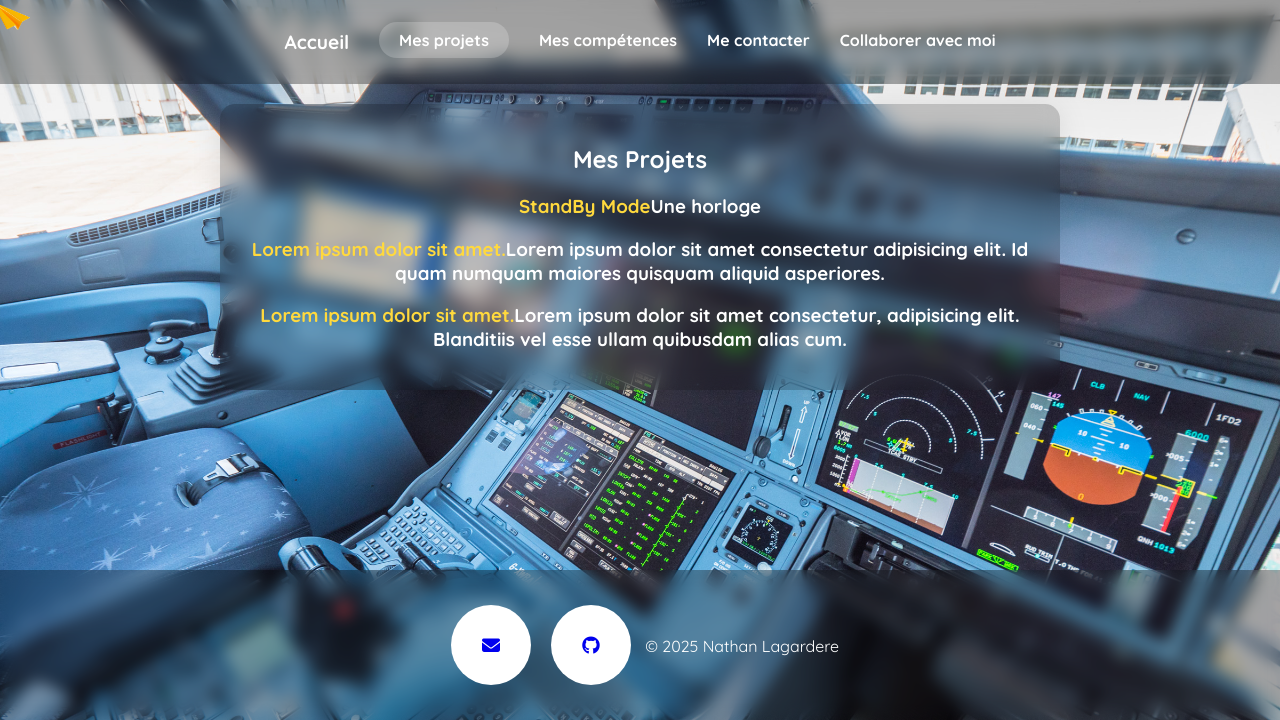
Repository: nlagardere/myportfolio
Page: projects.html
These files come from the project's save history. The page is drawn as it stood at one moment and after a run of saves; the edit follows.
The browser window is 1280 px wide. The pictures show the whole page.

Above is the page before, as saved 2025-09-07 12:00:51.

### projects.html
<!DOCTYPE html>
<html lang="fr">
<head>
  <meta charset="UTF-8">
  <meta name="viewport" content="width=device-width, initial-scale=1.0">
  <title>Portfolio</title>

  <link href="https://fonts.googleapis.com/css2?family=Exo+2:wght@400;700&family=Quicksand:wght@400;700&display=swap" rel="stylesheet">
  <link rel="stylesheet" href="https://cdnjs.cloudflare.com/ajax/libs/font-awesome/6.5.0/css/all.min.css">

  <style>
    html{
      scroll-behavior: smooth;
      cursor: none;
    }

    body {
      font-family: 'Quicksand', sans-serif;
      margin: 0;
      padding: 0;
      min-height: 100vh;
      display: flex;
      flex-direction: column;
      background: url('a350.jpg') no-repeat center center;
      background-size: cover;
      color: #fff;

    }

    header {
      text-align: center;
      padding: 30px 20px;
      background: rgba(0,0,0,0.3);
      backdrop-filter: blur(8px);
    }

    .glasscard, .competences {
      background: rgba(0, 0, 0, 0.2);
      border-radius: 15px;
      padding: 20px;
      margin: 20px auto;
      max-width: 800px;
      backdrop-filter: blur(10px);
      box-shadow: 0 4px 30px rgba(0,0,0,0.1);
      text-align: center;
      animation: zoomPop 1s ease forwards;
      color: white;
    }

    .highlight {
      color: #FFD93D;
      font-weight: bold;
    }

    @keyframes zoomPop {
      0% { opacity: 0; transform: scale(0.1) translateZ(-800px); }
      60% { opacity: 1; transform: scale(1.2) translateZ(50px); }
      80% { transform: scale(0.95) translateZ(0); }
      100% { opacity: 1; transform: scale(1) translateZ(0); }
    }

    .wrapper {
      display: inline-flex;
      justify-content: center;
      list-style: none;
      padding: 20px 0;
      margin: 0 auto;
    }

    .wrapper .icon {
      position: relative;
      background: #ffffff;
      border-radius: 50%;
      padding: 15px;
      margin: 0 10px;
      width: 50px;
      height: 50px;
      font-size: 18px;
      display: flex;
      justify-content: center;
      align-items: center;
      cursor: pointer;
      transition: all 0.2s cubic-bezier(0.68, -0.55, 0.265, 1.55);
    }

    .wrapper .tooltip {
      position: absolute;
      bottom: 100%;
      left: 50%;
      transform: translateX(-50%) translateY(-10px);
      font-size: 14px;
      background: #333;
      color: #fff;
      padding: 5px 8px;
      border-radius: 5px;
      opacity: 0;
      pointer-events: none;
      white-space: nowrap;
      transition: all 0.3s cubic-bezier(0.68, -0.55, 0.265, 1.55);
      z-index: 10;
    }

    .wrapper .tooltip::before {
      content: "";
      position: absolute;
      top: 100%;
      left: 50%;
      transform: translateX(-50%) rotate(45deg);
      width: 8px;
      height: 8px;
      background: #333;
    }

    .wrapper .icon:hover .tooltip {
      opacity: 1;
      pointer-events: auto;
      transform: translateX(-50%) translateY(-15px);
    }

    .wrapper .mail:hover,
    .wrapper .mail:hover .tooltip,
    .wrapper .mail:hover .tooltip::before {
      background: #00CED1;
      color: #fff;
    }

    .wrapper .github:hover,
    .wrapper .github:hover .tooltip,
    .wrapper .github:hover .tooltip::before {
      background: #333333;
      color: #fff;
    }

    .footer{
      text-align: center;
      padding: 15px 20px;
      background: rgba(0,0,0,0.3);
      backdrop-filter: blur(8px);
      color: white;
      margin-top: auto;
    }

    .navbar ul {
      list-style: none;
      padding: 0;
      margin: 0;
      display: flex;
      justify-content: center;
      gap: 30px;
      flex-wrap: wrap;
    }
    .navbar ul li {
      display: inline;
    }
    .navbar ul li a {
      text-decoration: none;
      color: white;
      font-weight: bold;
      transition: color 0.3s;
    }
    .navbar ul li a:hover {
      color: #FFD93D;
    }

    .navbar .accueil a {
      font-size: 1.2em;
      font-weight: bold;
      color: #ffffff;
    }
    .navbar .accueil a:hover {
      color: #FFD93D;
    }

    .projets-wrapper {
      background: rgba(255, 255, 255, 0.2);
      backdrop-filter: blur(10px);
      padding: 8px 20px;
      border-radius: 25px;
      color: #fff;
      font-weight: bold;
      transition: all 0.3s ease;
    }

    .projets-wrapper:hover {
      background: rgba(255, 255, 255, 0.4);
      transform: scale(1.05);
      color: #FFD93D;
    }

    #mouse {
  position: fixed;
  top: 0;
  left: 0;
  width: 64px;
  height: 64px;
  background: url('cursor.png') no-repeat center center;
  background-size: contain;
  pointer-events: none; /* pour que le curseur ne bloque pas les clics */
  transform: translate(-50%, -50%);
  z-index: 9999;
  transform: translate(-35%, -25%);
  pointer-events: none;
}
::selection {
  background-color: #ffcc00; /* couleur de fond */
  color: #000000;            /* couleur du texte */
}



    @media (max-width: 600px) {
      .letter-block .letter {
        font-size: 2.5em;
      }
    }

  </style>
</head>
<body>
  <div id="mouse"></div>
  <header>
    <nav class="navbar">
      <ul>
        <li class="accueil">
          <a href="index.html">Accueil</a>
        </li>
        <li><a href="projects.html" class="projets-wrapper">Mes projets</a></li>
        <li><a href="competences.html">Mes compétences</a></li>
        <li><a href="contact.html">Me contacter</a></li>
        <li><a href="collaborate.html">Collaborer avec moi</a></li>
      </ul>
    </nav>
  </header>

 <div calss="projects">
    <div class="glasscard">
      <h2>Mes Projets</h2>
      <h3><span class="highlight">StandBy Mode</span>Une horloge </h3>
      <h3><span class="highlight">Lorem ipsum dolor sit amet.</span>Lorem ipsum dolor sit amet consectetur adipisicing elit. Id quam numquam maiores quisquam aliquid asperiores.</h3>
      <h3><span class="highlight">Lorem ipsum dolor sit amet.</span>Lorem ipsum dolor sit amet consectetur, adipisicing elit. Blanditiis vel esse ullam quibusdam alias cum.</h3>
    </div>
  </div>



  <div class="footer">
    <ul class="wrapper">
      <li class="icon mail">
        <a href="mailto:nathan.lagardere@gmail.com" target="_blank">
          <span class="tooltip">Mail</span>
          <i class="fas fa-envelope"></i>
        </a>
      </li>
      <li class="icon github">
        <a href="https://github.com/nlagardere" target="_blank">
          <span class="tooltip">Github</span>
          <i class="fab fa-github"></i>
        </a>
      </li>
    </ul>
    © 2025 Nathan Lagardere
  </div>

  <script>
    const mouse = document.querySelector('#mouse')
    window.addEventListener('mousemove', (e) => {
      mouse.style.top = e.pageY + 'px'
      mouse.style.left = e.pageX + 'px'
    })
  </script>
</body>
</html>

After the next 2 saves:
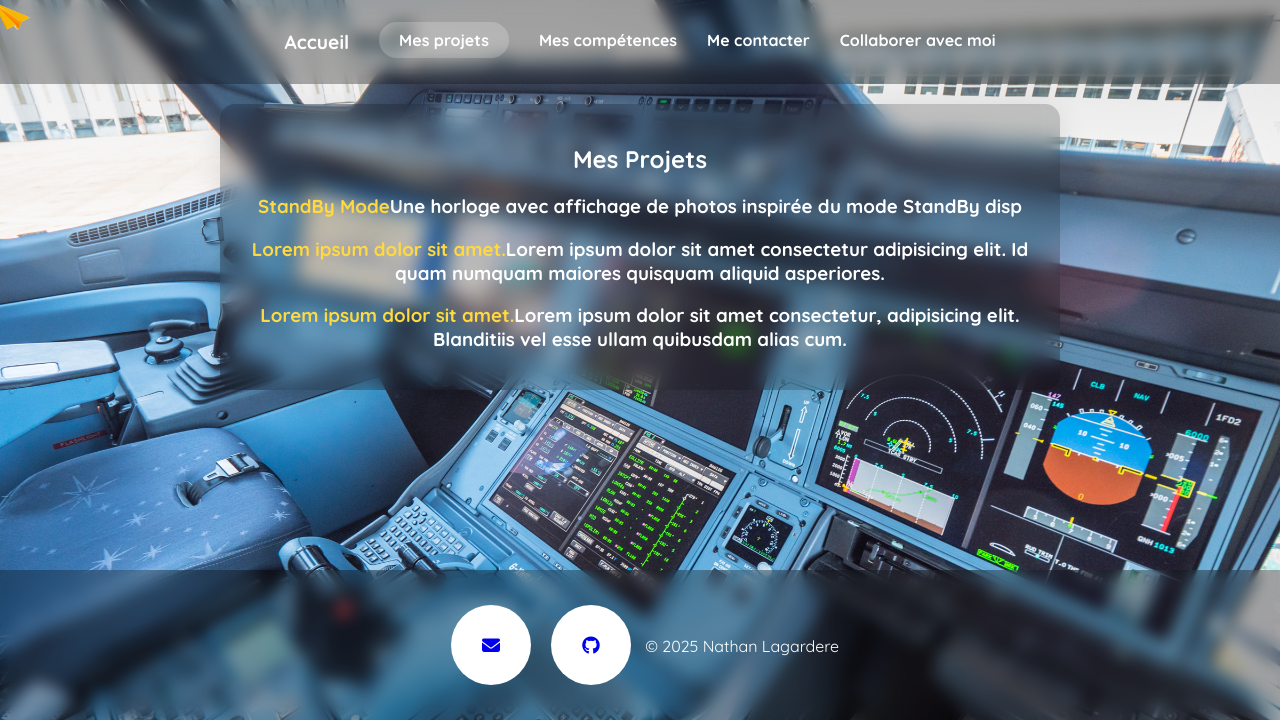
The 2 saves are shown as one change because they came seconds apart.
The last was saved 19 s later.
--- a/projects.html
+++ b/projects.html
@@ -235,7 +235,7 @@
  <div calss="projects">
     <div class="glasscard">
       <h2>Mes Projets</h2>
-      <h3><span class="highlight">StandBy Mode</span>Une horloge </h3>
+      <h3><span class="highlight">StandBy Mode</span>Une horloge avec affichage de photos inspirée du mode StandBy disp</h3>
       <h3><span class="highlight">Lorem ipsum dolor sit amet.</span>Lorem ipsum dolor sit amet consectetur adipisicing elit. Id quam numquam maiores quisquam aliquid asperiores.</h3>
       <h3><span class="highlight">Lorem ipsum dolor sit amet.</span>Lorem ipsum dolor sit amet consectetur, adipisicing elit. Blanditiis vel esse ullam quibusdam alias cum.</h3>
     </div>
